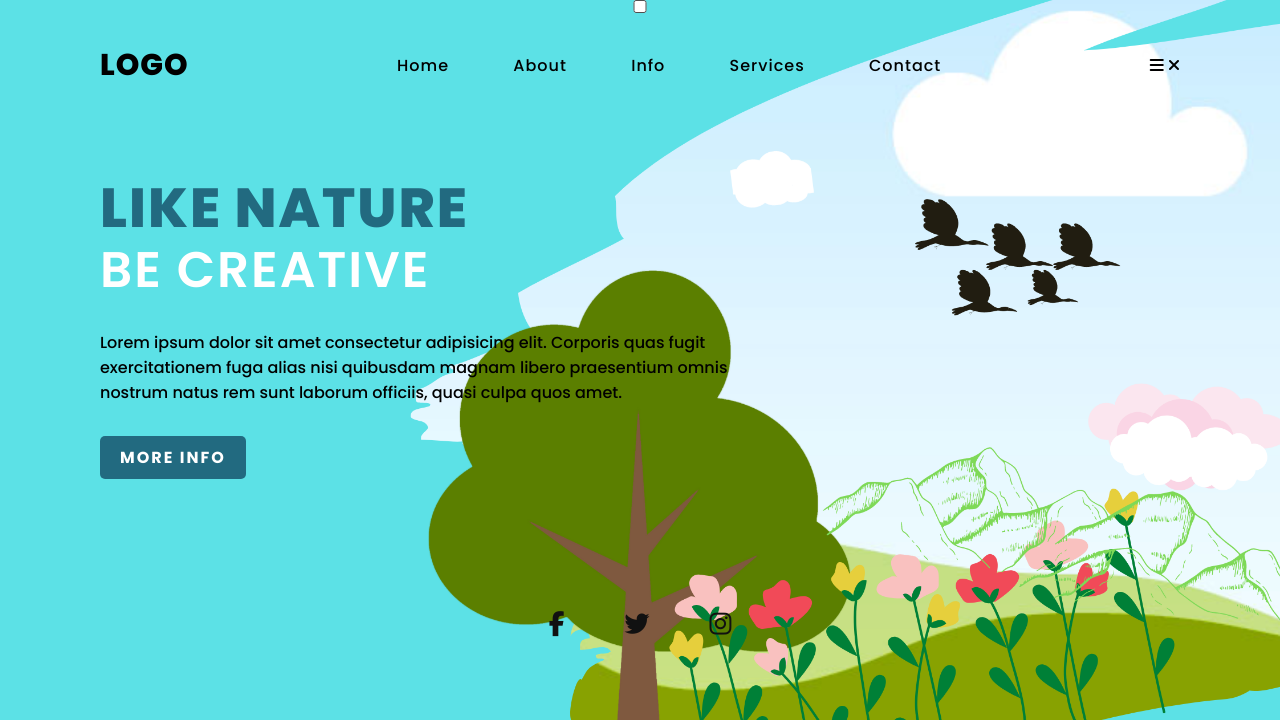
Repository: nganha241/CreativeNature
Page: index.html
These files come from the project's save history. The page is drawn as it stood at one moment and after the next save; the edit follows.
The browser window is 1280 px wide. The pictures show the whole page.
Some web libraries are served in a nearby version.

Above is the page before, as saved 2022-06-18 09:06:28.

### index.html
<!DOCTYPE html>
<html lang="en">
  <head>
    <meta charset="UTF-8" />
    <meta http-equiv="X-UA-Compatible" content="IE=edge" />
    <meta name="viewport" content="width=device-width, initial-scale=1.0" />
    <title>Creative Nature</title>
    <link rel="stylesheet" href="style.css" />
    <script
      src="https://kit.fontawesome.com/ae971d7ee0.js"
      crossorigin="anonymous"
    ></script>
  </head>
  <body>
    <section>
      <input type="checkbox" id="check" />
      <header>
        <h2><a href="#" class="logo">Logo</a></h2>
        <div class="navigation">
          <a href="#">Home</a>
          <a href="#">About</a>
          <a href="#">Info</a>
          <a href="#">Services</a>
          <a href="#">Contact</a>
        </div>
        <label for="">
          <i class="fas fa-bars menu-btn"></i>
          <i class="fa fa-times close-btn"></i>
        </label>
      </header>
      <div class="content">
        <div class="info">
          <h2>Like Nature <br /><span>Be Creative</span></h2>
          <p>
            Lorem ipsum dolor sit amet consectetur adipisicing elit. Corporis
            quas fugit exercitationem fuga alias nisi quibusdam magnam libero
            praesentium omnis nostrum natus rem sunt laborum officiis, quasi
            culpa quos amet.
          </p>
          <a href="#" class="info-btn">More Info</a>
        </div>
      </div>
      <div class="media-icons">
        <a href="#"><i class="fa fa-facebook"></i></a>
        <a href="#"><i class="fa fa-twitter"></i></a>
        <a href="#"><i class="fa fa-instagram" aria-hidden="true"></i></a>
      </div>
    </section>
  </body>
</html>

### style.css
@import url('https://fonts.googleapis.com/css2?family=Poppins:wght@300;400;500;600;700;800;900&display=swap');

* {
    box-sizing: border-box;
    padding: 0;
    margin: 0;
    font-family: 'Poppins', sans-serif;
}

a {
    text-decoration: none;
}

section {
    position: relative;
    width: 100%;
    min-height: 100vh;
    display: flex;
    flex-direction: column;
    justify-content: flex-start;
    background: url("./bg.png");
    background-size: cover;
    background-position: center;
}

header {
    position: relative;
    top: 0;
    width: 100%;
    padding: 30px 100px;
    display: flex;
    justify-content: space-between;
    align-items: center;
}

header .logo {
    position: relative;
    color: #000;
    font-size: 30px;
    text-transform: uppercase;
    font-weight: 800;
    letter-spacing: 1px;
}

header .navigation a{
    color: #000;
    background: none;
    font-weight: 500;
    letter-spacing: 1px;
    padding: 2px 15px;
    border-radius: 20px;
    transition: 0.3ms;
    transition-property: background;
}

header .navigation a:not(:last-child) {
    margin-right: 30px;
}

header .navigation a:hover {
    background: #7EC1FC;
}

.content {
    max-width: 650px;
    margin: 60px 100px;
}

.content .info h2 {
    color: #226a80;
    font-size: 55px;
    text-transform: uppercase;
    font-weight: 800;
    letter-spacing: 2px;
    line-height: 60px;
    margin-bottom: 30px;
}

.content .info h2 span {
    color: #fff;
    font-size: 50px;
    font-weight: 600;
}

.content .info p {
    font-size: 16px;
    font-weight: 500;
    margin-bottom: 40px;
}

.content .info-btn {
    color: #fff;
    background: #226a80;
    text-transform: uppercase;
    font-weight: 700;
    letter-spacing: 2px;
    padding: 10px 20px;
    border-radius: 5px;
    transition: 0.3s;
    transition-property: background;
}

.content .info-btn:hover {
    background: #0c4f60;
}

.media-icons {
    display: flex;
    justify-content: center;
    align-items: center;
    margin: auto;
}

.media-icons a {
    position: relative;
    color: #111;
    font-size: 25px;
    transition: 0.3s;
    transition-property: transform;
}

.media-icons a:not(:last-child) {
    margin-right: 60px;
}

.media-icons a:hover {
    transform: scale(1.5);
}

After the next save:
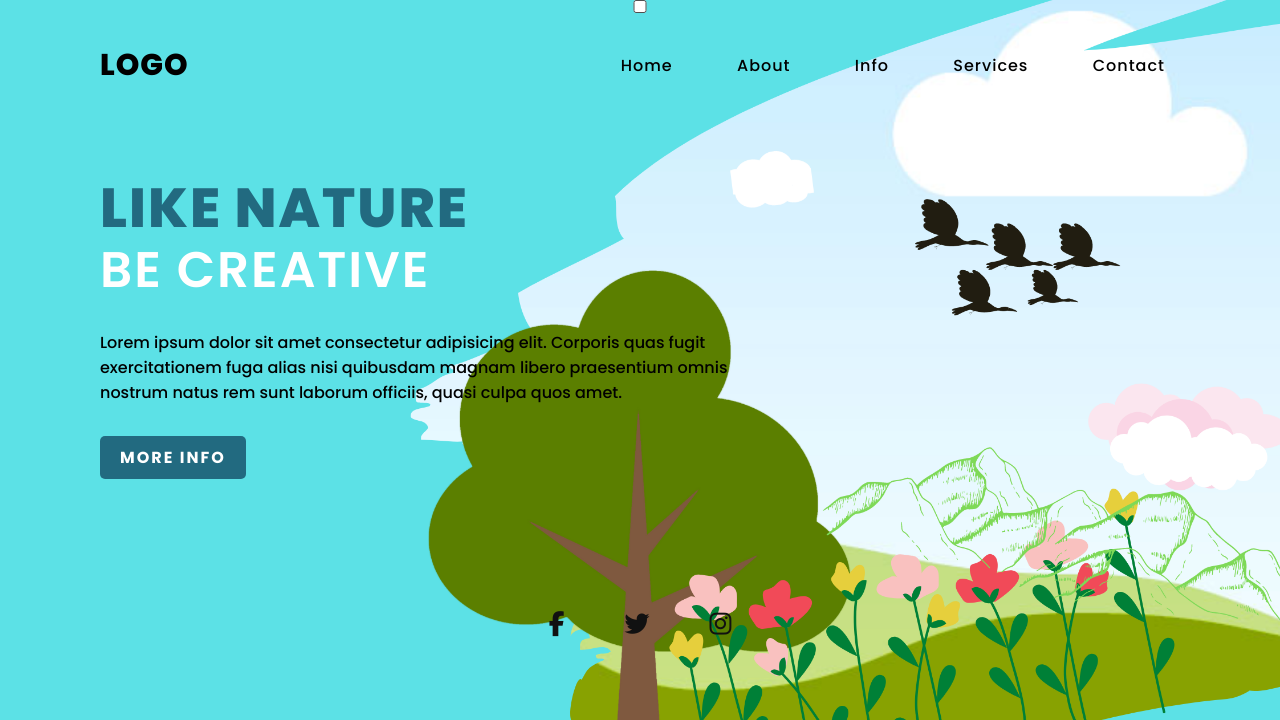
Saved 84 s later.
--- a/style.css
+++ b/style.css
@@ -126,3 +126,11 @@ header .navigation a:hover {
 .media-icons a:hover {
     transform: scale(1.5);
 }
+
+label {
+    display: none;
+}
+
+#check {
+
+}
